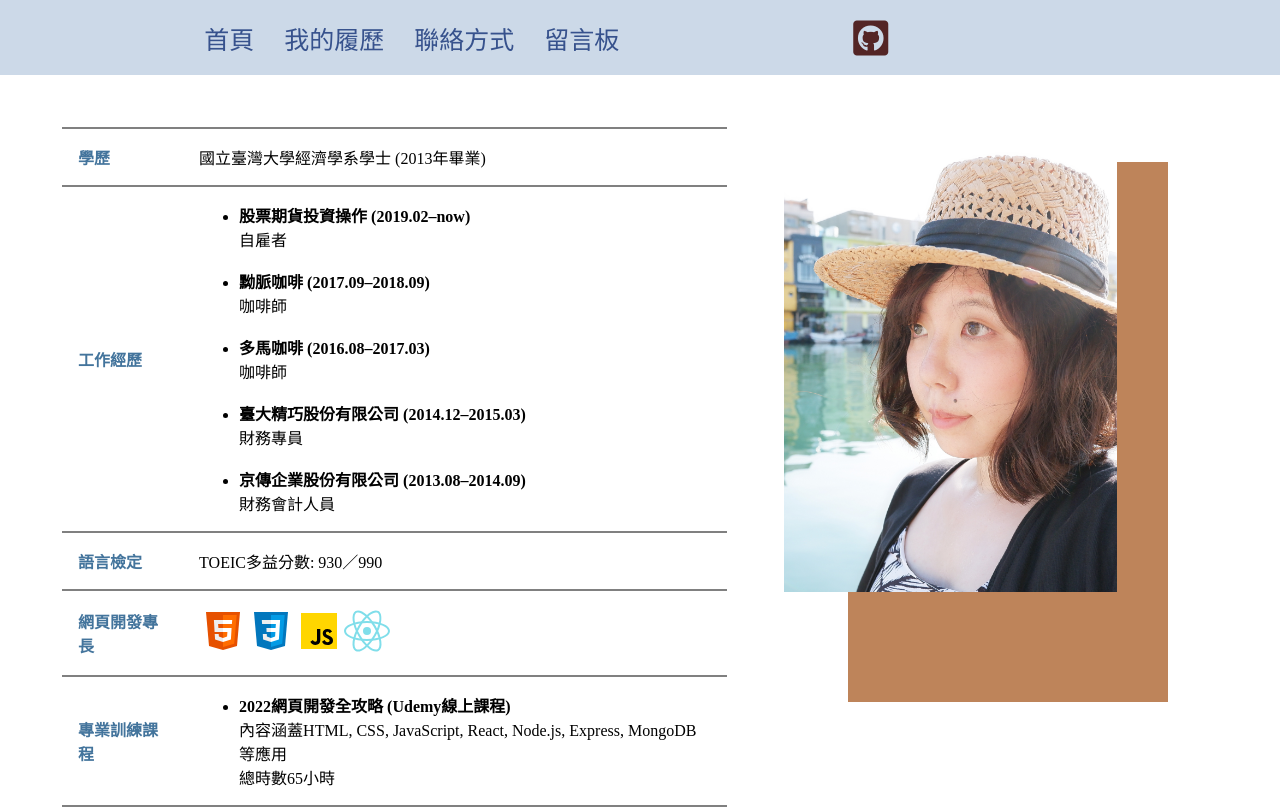
Repository: lcjyc/portfolio-website
Page: /resume
An editor plug-in stored every save of this project. The page is shown before and after the next save, followed by the edit.
The browser window is 1280 px wide. The pictures show the whole page.
The project was rebuilt for these pictures with package versions that can differ from the ones it lists, and the page was loaded fresh each time. Also part of the build but not shown: src/pages/home/home.css, src/pages/home/Home.jsx, src/pages/contact/contact.css, src/pages/contact/Contact.jsx.

Above is the page before, as saved 2022-08-20 09:39:06.

After the next save:
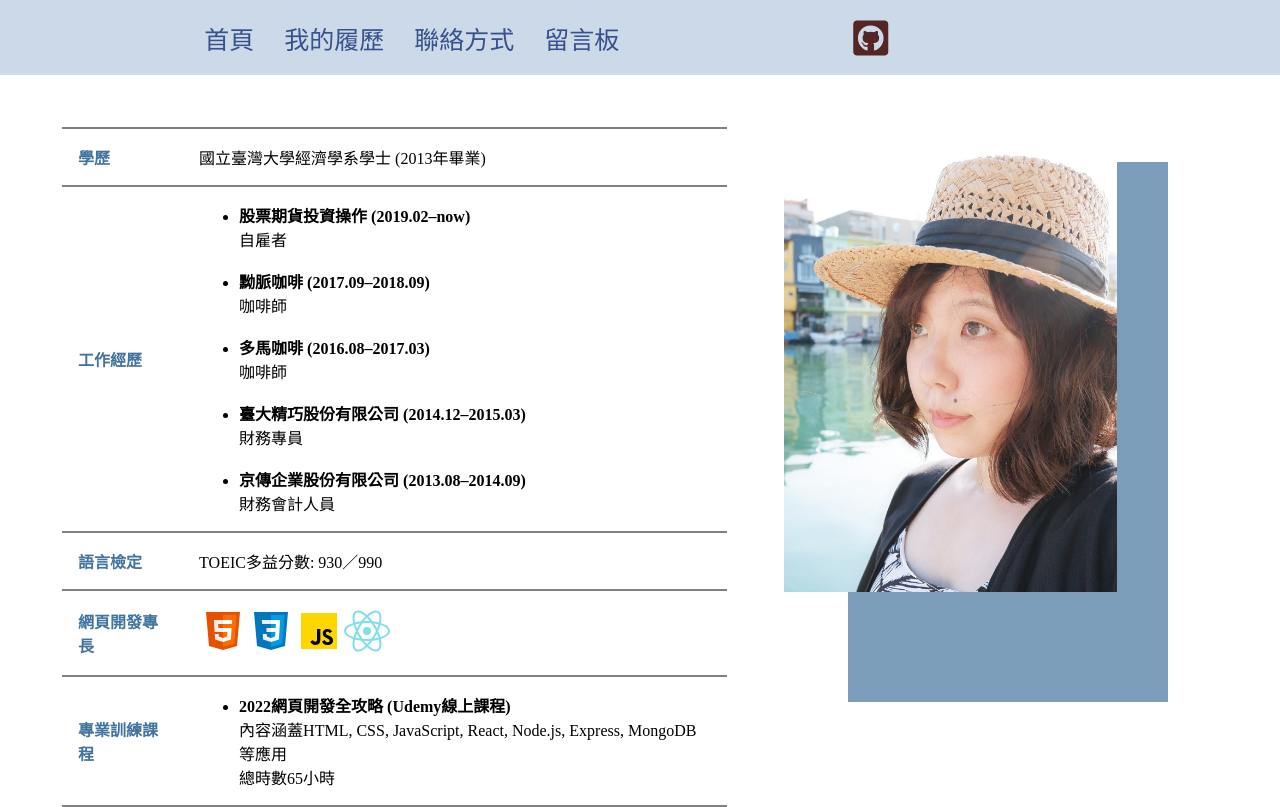
Saved 37 s later.
--- a/src/pages/resume/resume.css
+++ b/src/pages/resume/resume.css
@@ -55,7 +55,7 @@
 .Rectangle {
   width: 25vw;
   height: 75vh;
-  background-color: rgb(190, 132, 90);
+  background-color: rgb(67, 116, 156, 0.7);
   position: absolute;
   top: 9vh;
   left: 7vw;
